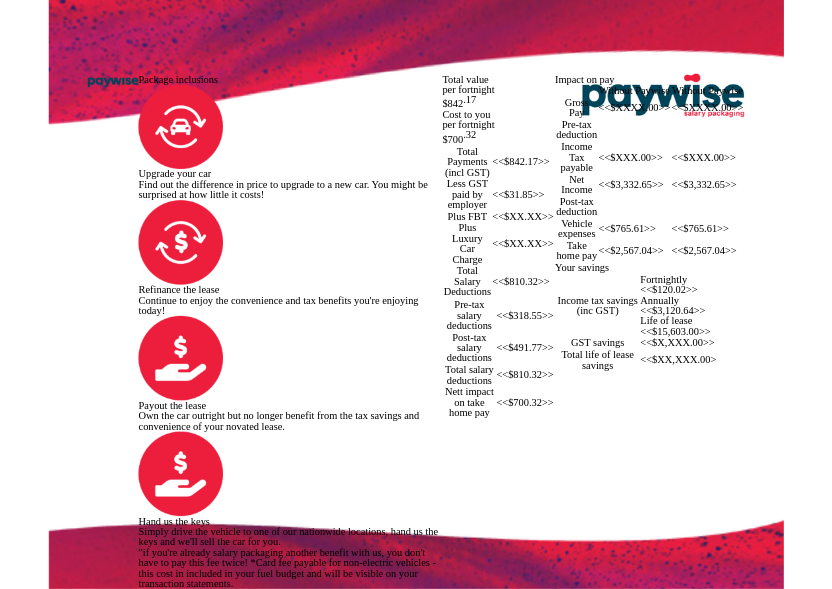
Repository: hoangtubest/novated-phong
Page: 2.html
The author's editor kept a copy of each file at every save. The page is drawn from the files as they stood at one save, then again after the next save.
The browser window is 1280 px wide. The pictures show the whole page, at 65% of full size.
The style sheet was rebuilt from its Sass, Less or Tailwind sources for each picture, by a compiler version that may differ from the author's.

Above is the page before, as saved 2023-10-18 15:18:37.

After the next save:
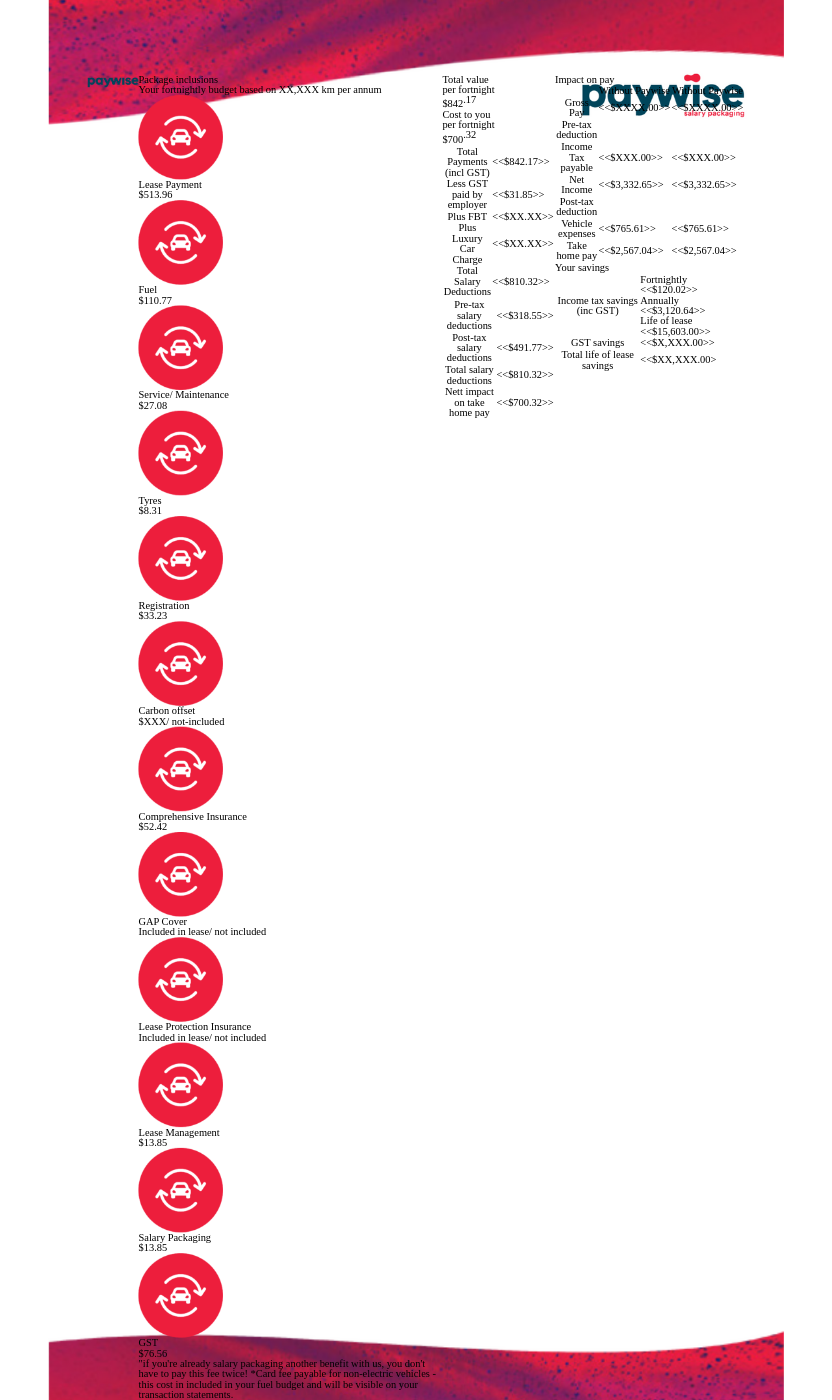
Saved 3 min 3 s later.
--- a/2.html
+++ b/2.html
@@ -18,26 +18,67 @@
         <div class="pw-2-package">
           <div class="container">
             <h2 class="pw-2-package__title">Package inclusions</h2>
+            <p class="pw-2-package__lead">Your fortnightly budget based on XX,XXX km per annum</p>
             <div class="pw-2-package__row">
               <div class="pw-2-package__col">
                 <figure><img src="./images/ico_13.png" alt=""></figure>
-                <h3>Upgrade your car</h3>
-                <p>Find out the difference in price to upgrade to a new car. You might be surprised at how little it costs!</p>
-              </div>
-              <div class="pw-2-package__col">
-                <figure><img src="./images/ico_14.png" alt=""></figure>
-                <h3>Refinance the lease</h3>
-                <p>Continue to enjoy the convenience and tax benefits you're enjoying today!</p>
-              </div>
-              <div class="pw-2-package__col">
-                <figure><img src="./images/ico_15.png" alt=""></figure>
-                <h3>Payout the lease</h3>
-                <p>Own the car outright but no longer benefit from the tax savings and convenience of your novated lease.</p>
-              </div>
-              <div class="pw-2-package__col">
-                <figure><img src="./images/ico_15.png" alt=""></figure>
-                <h3>Hand us the keys</h3>
-                <p>Simply drive the vehicle to one of our nationwide locations, hand us the keys and we'll sell the car for you.</p>
+                <h3>Lease Payment</h3>
+                <p>$513.96</p>
+              </div>
+              <div class="pw-2-package__col">
+                <figure><img src="./images/ico_13.png" alt=""></figure>
+                <h3>Fuel</h3>
+                <p>$110.77</p>
+              </div>
+              <div class="pw-2-package__col">
+                <figure><img src="./images/ico_13.png" alt=""></figure>
+                <h3>Service/ Maintenance</h3>
+                <p>$27.08</p>
+              </div>
+              <div class="pw-2-package__col">
+                <figure><img src="./images/ico_13.png" alt=""></figure>
+                <h3>Tyres</h3>
+                <p>$8.31</p>
+              </div>
+              <div class="pw-2-package__col">
+                <figure><img src="./images/ico_13.png" alt=""></figure>
+                <h3>Registration</h3>
+                <p>$33.23</p>
+              </div>
+              <div class="pw-2-package__col">
+                <figure><img src="./images/ico_13.png" alt=""></figure>
+                <h3>Carbon offset</h3>
+                <p>$XXX/ not-included</p>
+              </div>
+              <div class="pw-2-package__col">
+                <figure><img src="./images/ico_13.png" alt=""></figure>
+                <h3>Comprehensive Insurance</h3>
+                <p>$52.42</p>
+              </div>
+              <div class="pw-2-package__col">
+                <figure><img src="./images/ico_13.png" alt=""></figure>
+                <h3>GAP Cover</h3>
+                <p>Included in lease/ not included</p>
+              </div>
+              <div class="pw-2-package__col">
+                <figure><img src="./images/ico_13.png" alt=""></figure>
+                <h3>Lease Protection Insurance</h3>
+                <p>Included in lease/ not included</p>
+              </div>
+              <div class="pw-2-package__col">
+                <figure><img src="./images/ico_13.png" alt=""></figure>
+                <h3>Lease Management</h3>
+                <p>$13.85</p>
+              </div>
+              <div class="pw-2-package__col">
+                <figure><img src="./images/ico_13.png" alt=""></figure>
+                <h3>Salary Packaging</h3>
+                <p>$13.85</p>
+              </div>
+              <div class="pw-2-package__col">
+                <figure><img src="./images/ico_13.png" alt=""></figure>
+                <h3>GST</h3>
+                <p>$76.56</p>
               </div>
             </div>
             <p class="pw-2-package__copy">"if you're already salary packaging another benefit with us, you don't have to pay this fee twice! *Card fee payable for non-electric vehicles - this cost in included in your fuel budget and will be visible on your transaction statements.</p>
